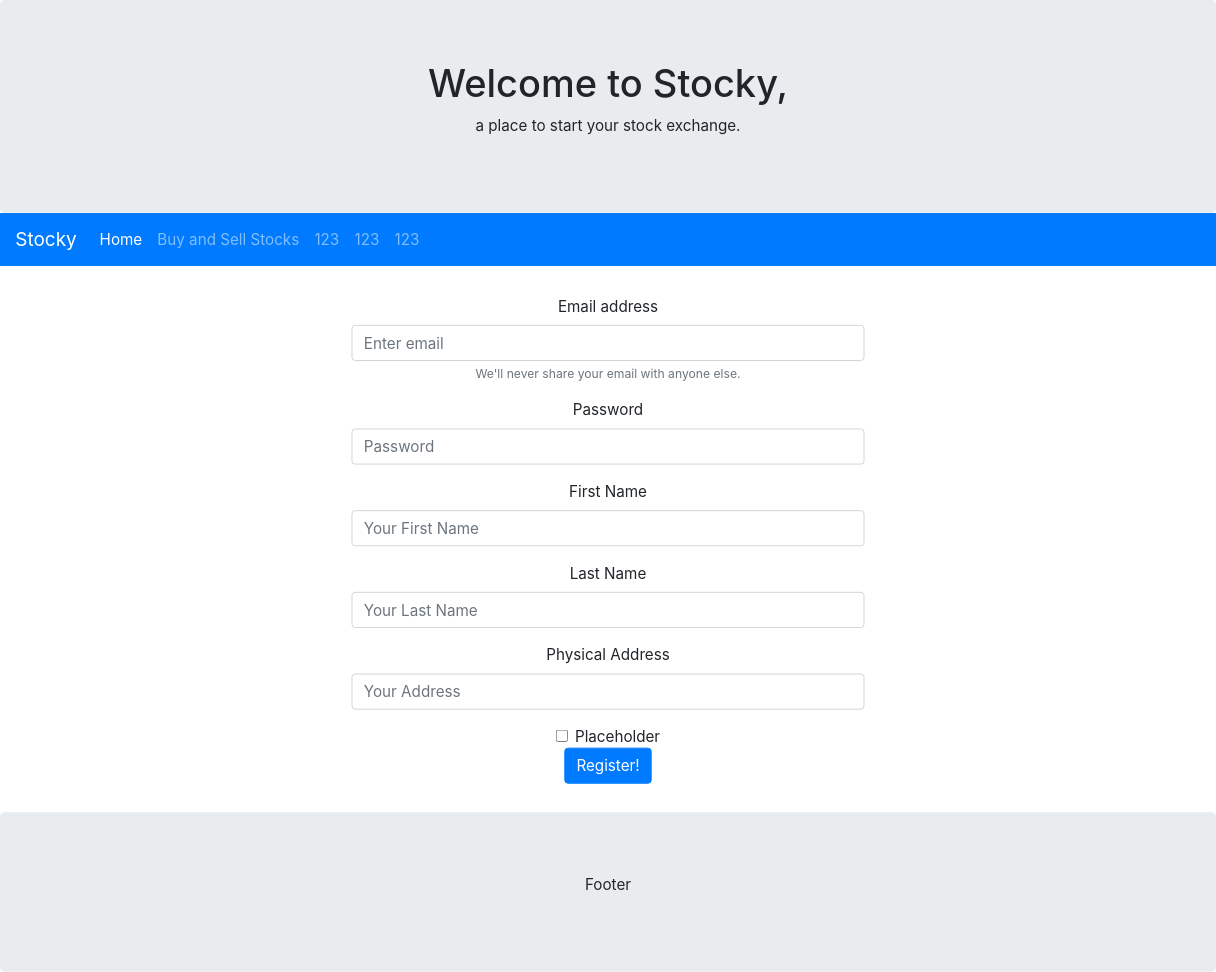
Repository: madfufuu/stocky
Page: http://localhost/stocky/signup.jsp
The author's editor kept a copy of each file at every save. The page is drawn from the files as they stood at one save, then again after the next save.
The browser window is 1280 px wide. The pictures show the whole page, at 95% of full size.
The page is served by Tomcat 9. Nobody is signed in. The application's start-up code is not run. Other server files are loaded and not shown.

Above is the page before, as saved 2019-11-29 19:04:28.

### stocky-new-master/stocky/WebContent/signup.jsp
<%@ page language="java" contentType="text/html; charset=UTF-8"
    pageEncoding="UTF-8"%>
<%@ page session="false" %>
<!DOCTYPE html>
<html lang="en">
<head>
	<!-- Required meta tags -->
    <meta charset="utf-8">
    <meta name="viewport" content="width=device-width, initial-scale=1, shrink-to-fit=no">

	<!-- Bootstrap CSS -->
	<link rel="stylesheet" href="https://stackpath.bootstrapcdn.com/bootstrap/4.3.1/css/bootstrap.min.css" integrity="sha384-ggOyR0iXCbMQv3Xipma34MD+dH/1fQ784/j6cY/iJTQUOhcWr7x9JvoRxT2MZw1T" crossorigin="anonymous">
	<link rel="stylesheet" type="text/css" href="./style.css">

	<title>Registration</title>
</head>

<body>
	<div class="jumbotron text-center" style="margin-bottom:0">
  		<h1>Welcome to Stocky,</h1>
 		<p>a place to start your stock exchange.</p>
	</div>

	<nav class="navbar navbar-expand-lg navbar-dark bg-primary sticky-top">
  		<a class="navbar-brand" href="index.jsp">Stocky</a>
  		<button class="navbar-toggler" type="button" data-toggle="collapse" data-target="#navbarSupportedContent" aria-controls="navbarSupportedContent" aria-expanded="false" aria-label="Toggle navigation">
    		<span class="navbar-toggler-icon"></span>
  		</button>

  		<div class="collapse navbar-collapse" id="navbarSupportedContent">
			<ul class="navbar-nav mr-auto">
				<li class="nav-item active">
					<a class="nav-link" href="index.jsp">Home <span class="sr-only">(current)</span></a>
				</li>

				<li class="nav-item">
					<a class="nav-link" href="#">Buy and Sell Stocks</a>
				</li>

				<li class="nav-item">
					<a class="nav-link" href="#">123</a>
				</li>

				<li class="nav-item">
					<a class="nav-link" href="#">123</a>
				</li>

				<li class="nav-item">
					<a class="nav-link" href="#">123</a>
				</li>

			</ul>

		</div>
	</nav>


	<div class="container">
		<div class="row justify-content-center">
			<form action="http://localhost:8180/webApplication/Registration" method="post" class="col-sm-6"
				id="signupForm">
				<div class="form-group">
					<label for="inputEmail">Email address</label> <input
						type="email" class="form-control" id="inputEmail" name="inputEmail"
						aria-describedby="emailHelp" placeholder="Enter email"> <small
						id="emailHelp" class="form-text text-muted">We'll never
						share your email with anyone else.</small>
				</div>
				<div class="form-group">
					<label for="inputPassword">Password</label> <input
						type="password" class="form-control" id="inputPassword" name="inputPassword"
						placeholder="Password">
				</div>
				<div class="form-group">
					<label for="inputFirstName">First Name</label> <input
						type="text" class="form-control" id="inputFirstName" name="inputFirstName"
						placeholder="Your First Name">
				</div>
				<div class="form-group">
					<label for="inputLastName">Last Name</label> <input
						type="text" class="form-control" id="inputLastName" name="inputLastName"
						placeholder="Your Last Name">
				</div>
				<div class="form-group">
					<label for="inputAddress">Physical Address</label> <input
						type="text" class="form-control" id="inputAddress" name="inputAddress"
						placeholder="Your Address">
				</div>
				<div class="form-check">
					<input type="checkbox" class="form-check-input" id="exampleCheck1">
					<label class="form-check-label" for="exampleCheck1">Placeholder</label>
				</div>
				<button type="submit" class="btn btn-primary">Register!</button>
			</form>
		</div>
	</div>

	<div class="jumbotron text-center" style="margin-bottom:0">
		<p>Footer</p>
	</div>



	<!-- Optional JavaScript -->
    <!-- jQuery first, then Popper.js, then Bootstrap JS -->
	<script src="https://code.jquery.com/jquery-3.3.1.slim.min.js" integrity="sha384-q8i/X+965DzO0rT7abK41JStQIAqVgRVzpbzo5smXKp4YfRvH+8abtTE1Pi6jizo" crossorigin="anonymous"></script>
	<script src="https://cdnjs.cloudflare.com/ajax/libs/popper.js/1.14.7/umd/popper.min.js" integrity="sha384-UO2eT0CpHqdSJQ6hJty5KVphtPhzWj9WO1clHTMGa3JDZwrnQq4sF86dIHNDz0W1" crossorigin="anonymous"></script>
	<script src="https://stackpath.bootstrapcdn.com/bootstrap/4.3.1/js/bootstrap.min.js" integrity="sha384-JjSmVgyd0p3pXB1rRibZUAYoIIy6OrQ6VrjIEaFf/nJGzIxFDsf4x0xIM+B07jRM" crossorigin="anonymous"></script>
</body>
</html>

### stocky-new-master/stocky/WebContent/style.css
@charset "UTF-8";
#signin-form-card {
	width: 50%;
}

#signupForm{
	text-align: center;
	margin-top:  30px;
	margin-bottom:  30px;
}

#jumbotron-top {
  background-image: url("assets/jumbotron_bottom.jpg");
  background-size: cover;
}

.fa:hover {
    opacity: 0.7;
}

.fab {
	padding: 10px;
}

#logout-button {
	float: right;
	margin-top: 10px;
}

#addBankAccount-button {
	padding: 15px;
}

After the next save:
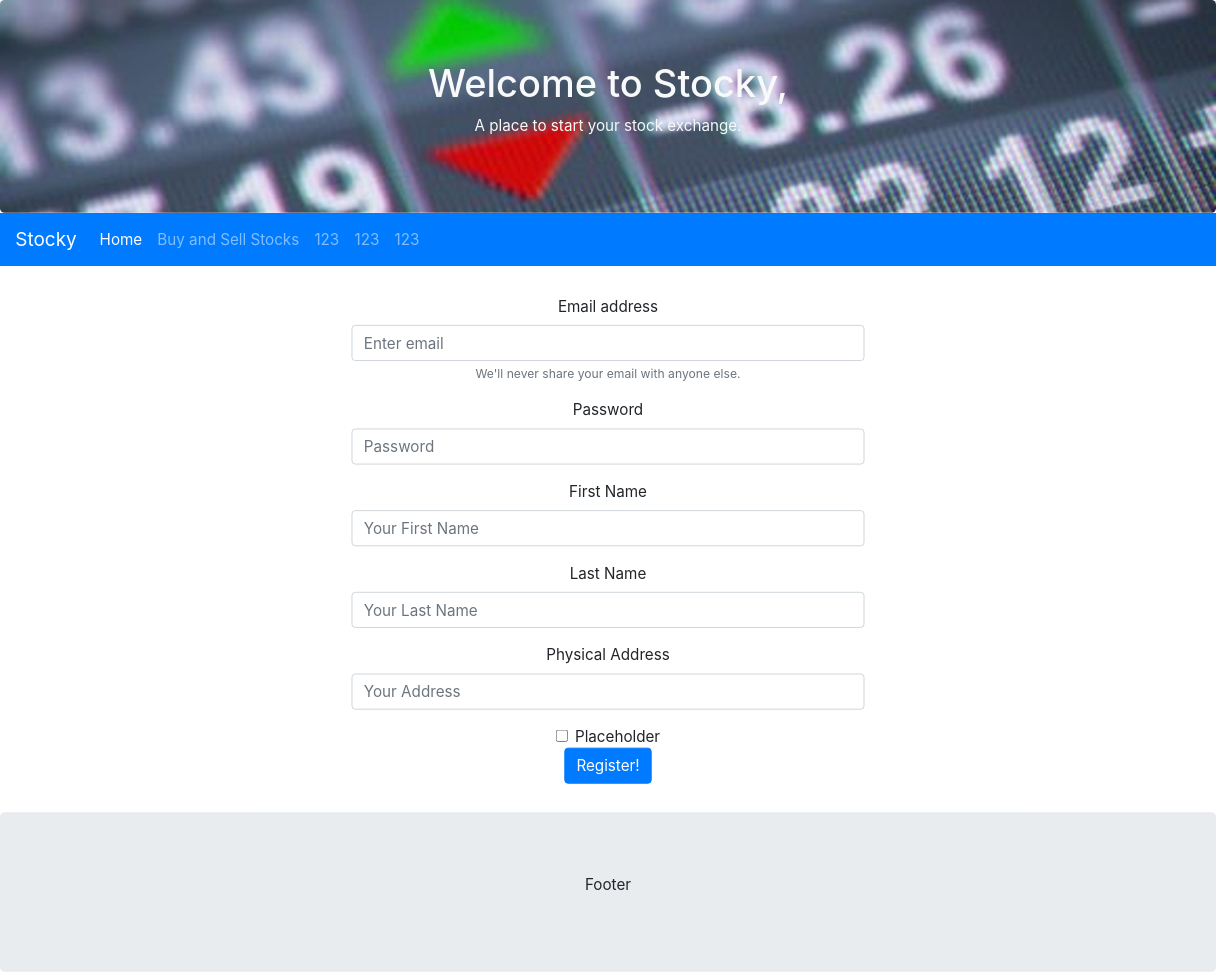
Saved 4 min 22 s later.
--- a/stocky-new-master/stocky/WebContent/signup.jsp
+++ b/stocky-new-master/stocky/WebContent/signup.jsp
@@ -11,14 +11,15 @@
 	<!-- Bootstrap CSS -->
 	<link rel="stylesheet" href="https://stackpath.bootstrapcdn.com/bootstrap/4.3.1/css/bootstrap.min.css" integrity="sha384-ggOyR0iXCbMQv3Xipma34MD+dH/1fQ784/j6cY/iJTQUOhcWr7x9JvoRxT2MZw1T" crossorigin="anonymous">
 	<link rel="stylesheet" type="text/css" href="./style.css">
+	<link rel="stylesheet" href="https://cdnjs.cloudflare.com/ajax/libs/font-awesome/4.7.0/css/font-awesome.min.css">
 
 	<title>Registration</title>
 </head>
 
 <body>
-	<div class="jumbotron text-center" style="margin-bottom:0">
-  		<h1>Welcome to Stocky,</h1>
- 		<p>a place to start your stock exchange.</p>
+	<div class="jumbotron text-center" style="margin-bottom:0" id="jumbotron-top">
+  		<h1 class="text-light">Welcome to Stocky,</h1>
+ 		<p class="text-light">A place to start your stock exchange.</p>
 	</div>
 
 	<nav class="navbar navbar-expand-lg navbar-dark bg-primary sticky-top">
